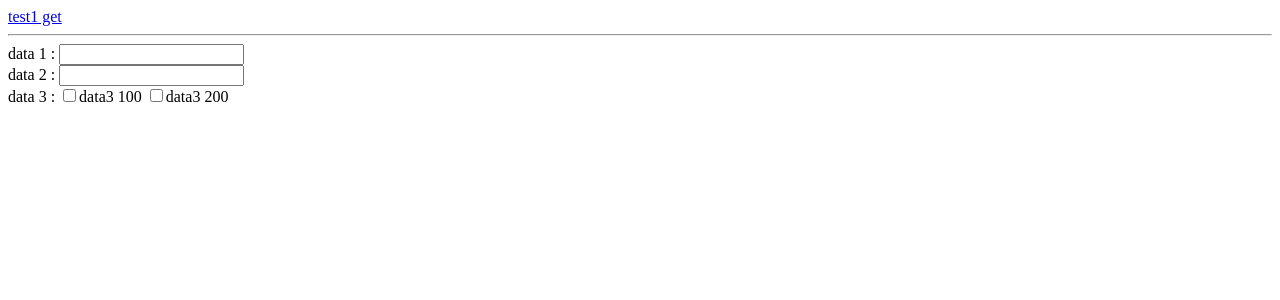
Repository: k5275645/SpringMVCPractice
Page: http://localhost/GetParameter/WEB-INF/views/index.jsp
These files come from the project's save history. The page is drawn as it stood at one moment and after the next save; the edit follows.
The browser window is 1280 px wide. The pictures show the whole page.
The page is served by Tomcat 9. Nobody is signed in. Other server files are loaded and not shown. The template is opened directly, without the code that normally fills it, so the values that code supplies are empty.

Above is the page before, as saved 2021-11-24 02:06:29.

### GetParameter/src/main/webapp/WEB-INF/views/index.jsp
<%@ page language="java" contentType="text/html; charset=UTF-8"
    pageEncoding="UTF-8"%>
<!DOCTYPE html>
<html>
<head>
<meta charset="UTF-8">
<title>Insert title here</title>
</head>
<body>
	<a href="test1?data1=100&data2=200&data3=300&data3=400">test1 get</a><br/>
	<hr/>
	<form action="test2" method="post">
		data 1 : <input type="text" name="data1"/><br/>
		data 2 : <input type="text" name="data2"/><br/>
		data 3 : <input type="checkbox" name="data3" value="100"/>data3 100
				 <input type="checkbox" name="data3" value="200"/>data3 200<br/>
	</form>
</body>
</html>

After the next save:
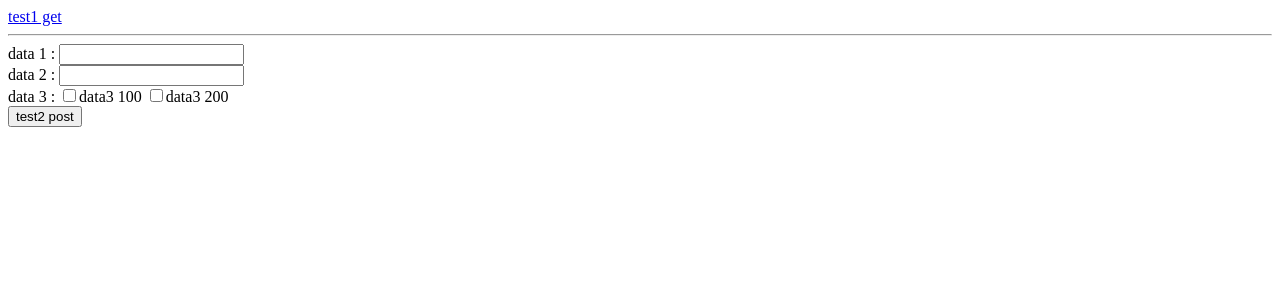
Saved 14 s later.
--- a/GetParameter/src/main/webapp/WEB-INF/views/index.jsp
+++ b/GetParameter/src/main/webapp/WEB-INF/views/index.jsp
@@ -14,6 +14,7 @@
 		data 2 : <input type="text" name="data2"/><br/>
 		data 3 : <input type="checkbox" name="data3" value="100"/>data3 100
 				 <input type="checkbox" name="data3" value="200"/>data3 200<br/>
+		<button type="submit">test2 post</button>
 	</form>
 </body>
 </html>
